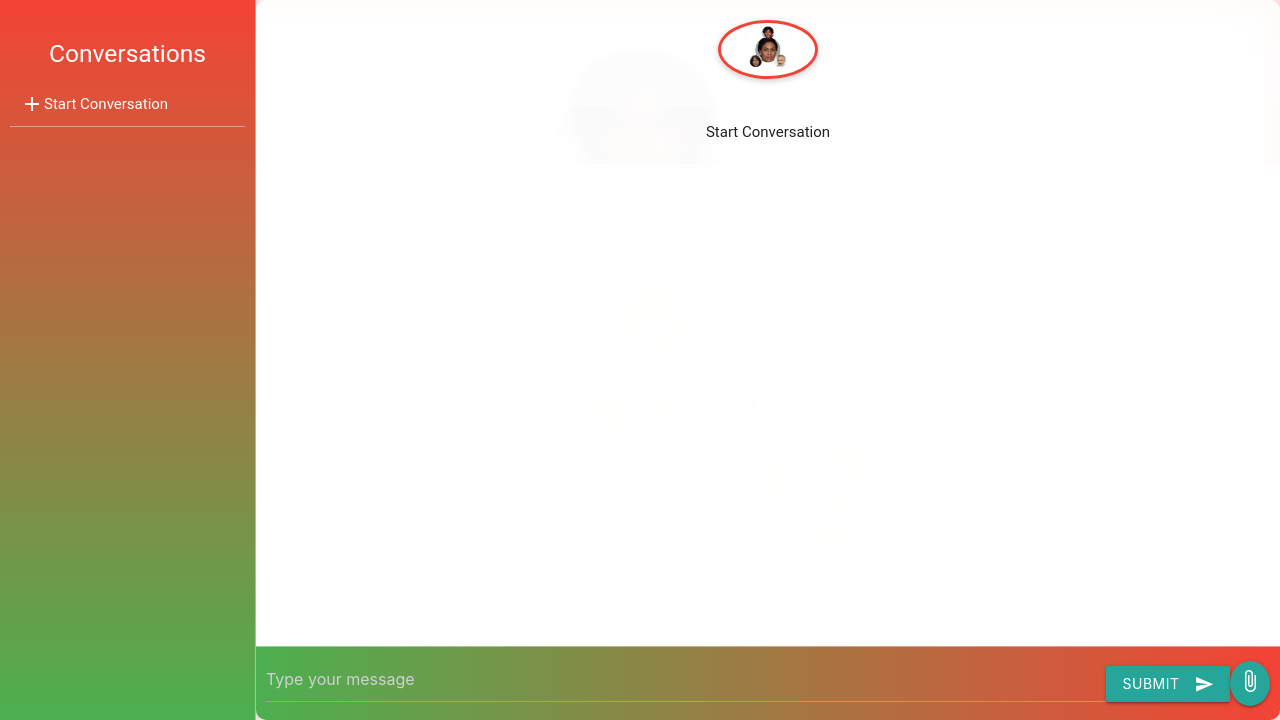
Repository: jcuzcan/sesmag
Page: / (app in frontend/)
The author's editor kept a copy of each file at every save. The page is drawn from the files as they stood at one save, then again after the next save.
The browser window is 1280 px wide. The pictures show the whole page.
The page's requests for data from a server got no answer. The project was rebuilt for these pictures with package versions that can differ from the ones it lists, and the page was loaded fresh each time. No one was signed in, and anything a server would have sent is missing.

Above is the page before, as saved 2024-12-09 22:09:51.

After the next save:
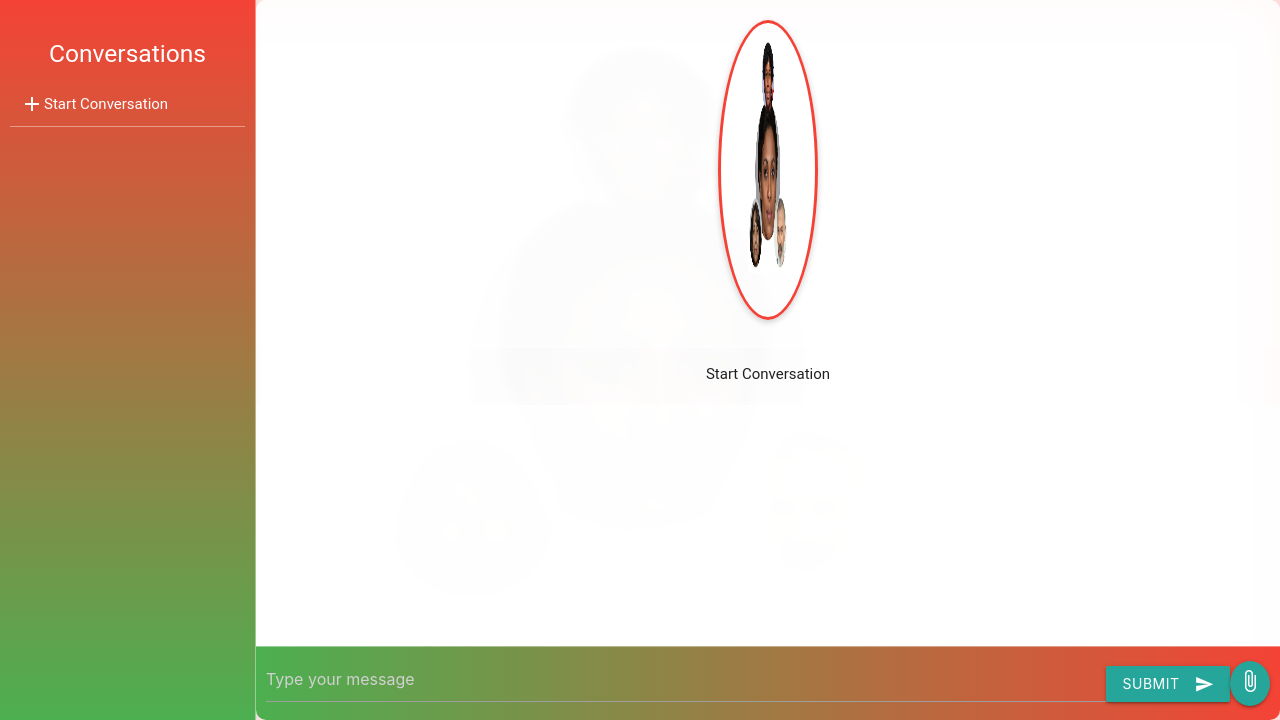
Saved 21 s later.
--- a/frontend/src/App.css
+++ b/frontend/src/App.css
@@ -81,6 +81,8 @@ body {
 
 .image-container img {
   max-width: 100px;
+  height: 300px;
+  width: 300px;
   border-radius: 50%;
   border: 3px solid #f44336;
   box-shadow: 0 2px 6px rgba(0, 0, 0, 0.2);
